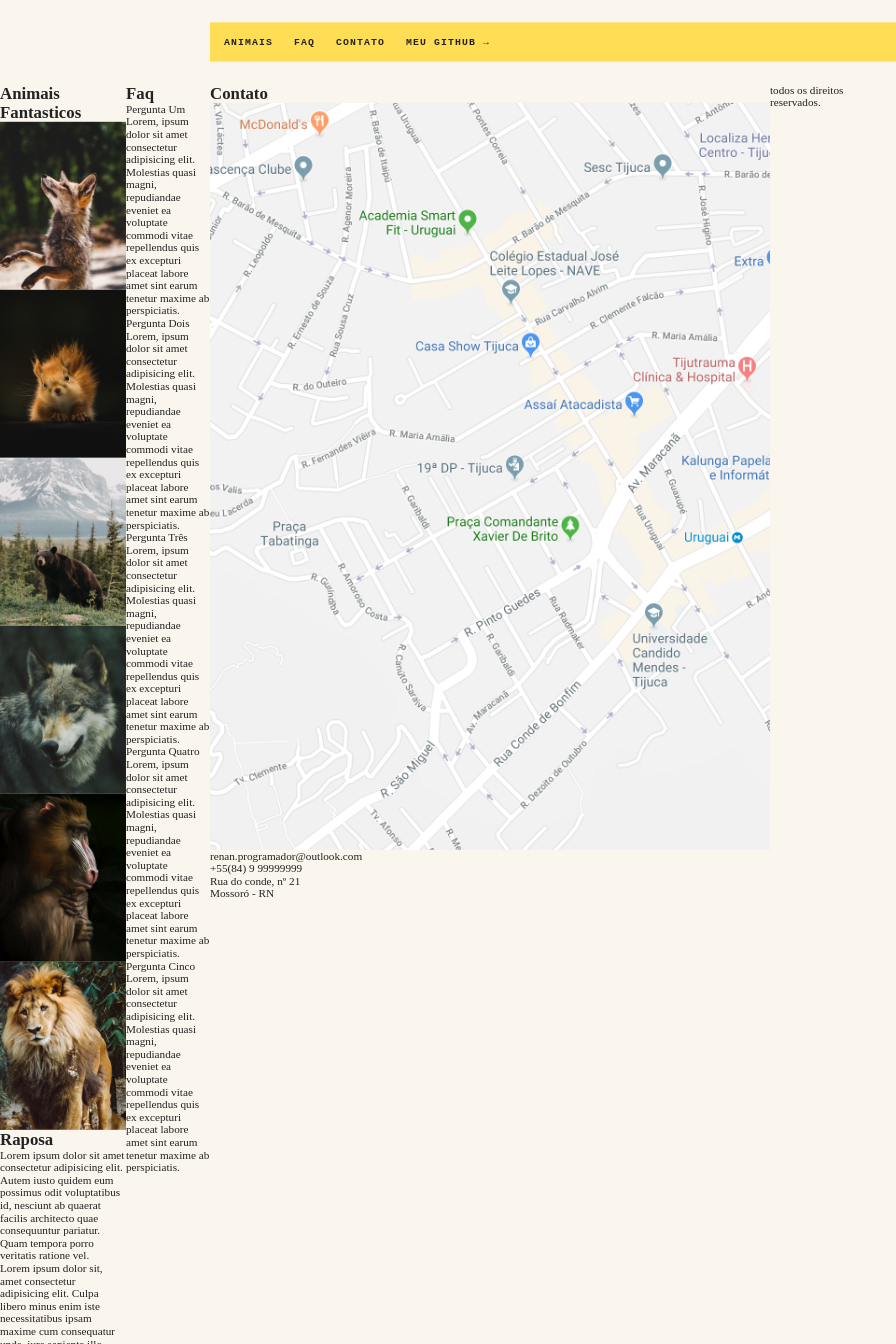
Repository: meiotera/animaisPagina
Page: index.html
The author's editor kept a copy of each file at every save. The page is drawn from the files as they stood at one save, then again after the next save.
The browser window is 1280 px wide. The pictures show the part of the page from y = 0 to 1920 px (the page is 5880 px tall before and 7596 px after), at 70% of full size.

Above is the page before, as saved 2025-05-02 09:53:05.

After the next save:
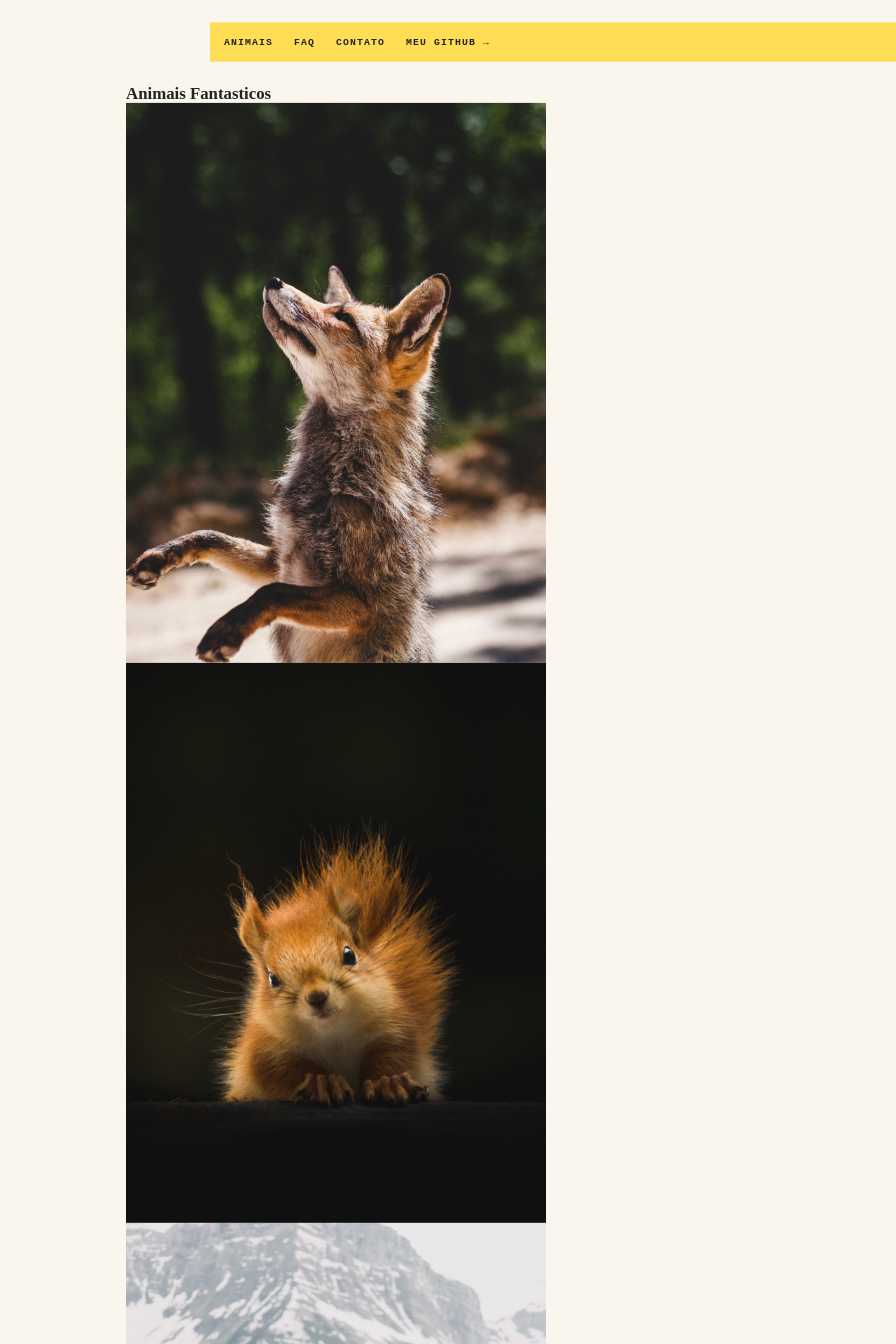
Saved 26 s later.
--- a/css/style.css
+++ b/css/style.css
@@ -54,3 +54,8 @@
   font-size: 0.875rem;
   letter-spacing: 0.1rem;
 }
+
+/* Sessões */
+.grid-section {
+  grid-column: 2/4;
+}
